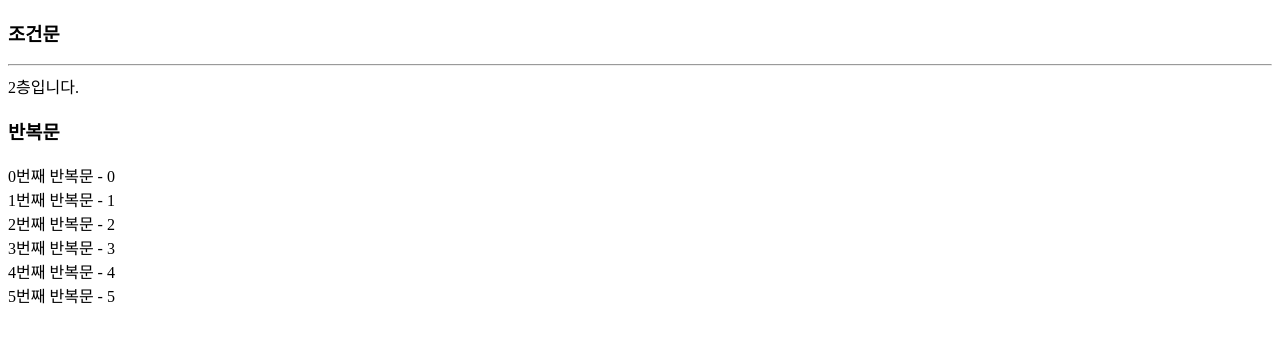
Repository: NewParkk/MultiStudy
Page: http://localhost/step06_jsp/step04_jstl.jsp
The author's editor kept a copy of each file at every save. The page is drawn from the files as they stood at one save, then again after the next save.
The browser window is 1280 px wide. The pictures show the whole page.
The page is served by Tomcat 9.

Above is the page before, as saved 2023-12-28 07:19:49.

After the next save:
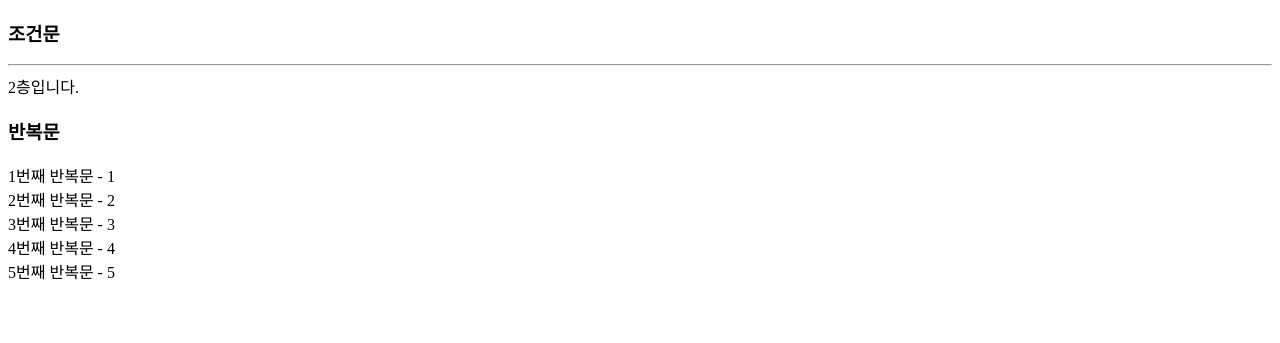
Saved 9 s later.
--- a/04.web/step06_jsp/WebContent/step04_jstl.jsp
+++ b/04.web/step06_jsp/WebContent/step04_jstl.jsp
@@ -38,7 +38,7 @@
 
 	<h3>반복문</h3>
 	<!-- 1 ~ 5 -->
-	<c:forEach begin="0" end="5" var="i" varStatus="loop">
+	<c:forEach begin="1" end="5" var="i" varStatus="loop">
 		${loop.index}번째 반복문 - ${i}<br/>
 	</c:forEach>
 
